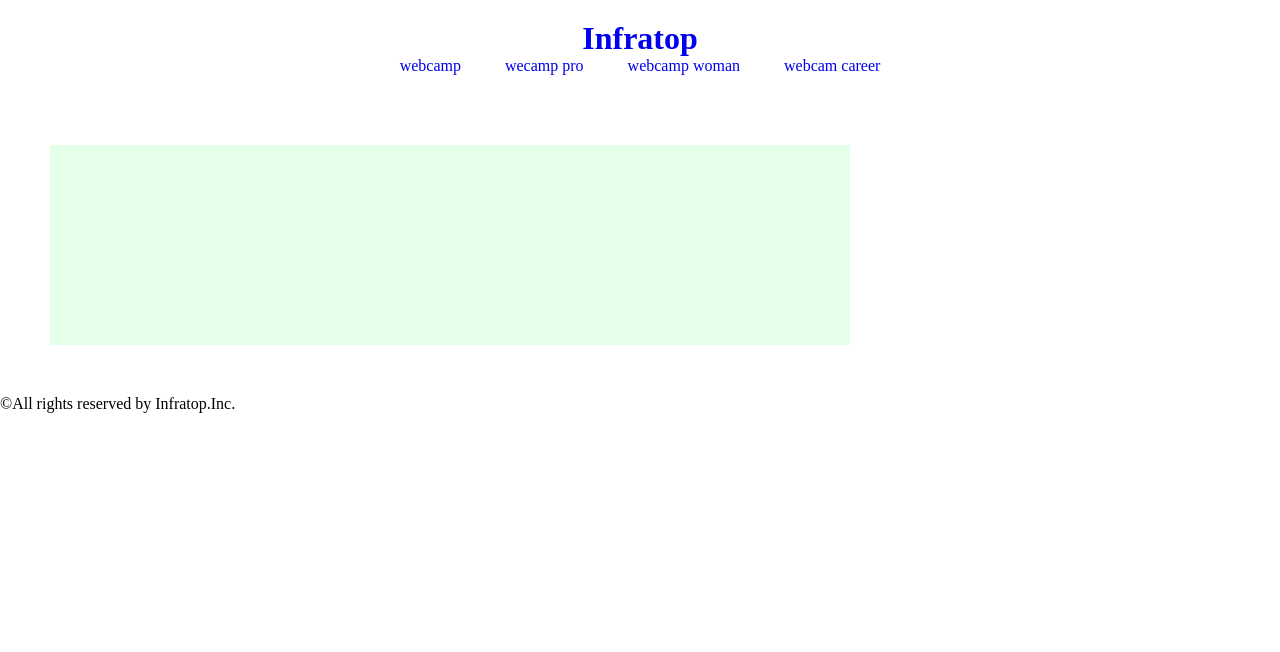
Repository: ego-boosting/assightment_1
Page: infratop/index.html
The author's editor kept a record of every edit. The page is drawn from the files as they stood at one moment, then again after the next edit.
The browser window is 1280 px wide. The pictures show the whole page.

Above is the page before.

### infratop/index.html
<!DOCTYPE html>
<html lang="ja">
  <head>
    <meta charset="UTF-8" />
    <!-- CSSファイルの読み込み -->
    <link rel="stylesheet" href="style.css" />
    <title>Infratop</title>
  </head>

<body>
  <header>
    <h1 class="heading">
      <a href="index.html">Infratop</a>
    </h1>
    <nav>
      <ul calss="nav-list" >
        <li class="nav-list-item">
          <a href="index.html">webcamp</a>
          </li>

        <li class="nav-list-item">
          <a href="index.html">wecamp pro</a>
        </li>

        <li class="nav-list-item">
          <a href="index.html">webcamp woman</a>
        </li>

        <li class="nav-list-item">
          <a href="index.html">webcam career</a>
        </li>
      </ul>
    </nav>
  </header>

  <div class="main">
    <div class="box1"></div>
    <div class="box2"></div>
    <div class="box3"></div>
    <div class="box4"></div>
    <div class="box5"></div>
    <div class="box6"></div>
    <div class="box7"></div>
    <div class="box8"></div>
    <div class="box9"></div>
    <div class="box10"></div>
    <div class="box11"></div>
    <div class="box12"></div>
  </div>

  <footer>
    <p class="footer-list">©All rights reserved by Infratop.Inc.</p>
  </footer>




</body>
</html>

### infratop/style.css
*{
  margin: 0;
  padding: 0;
  box-sizing:border-box;
}

a{
  text-decoration: none;
}

header{
  width: 100%;
  padding: 20px;
  margin: auto;
  text-align: center;
}

.heading{
  font-size: 32px;
}


.nav-list{
  /*下記*/
  text-align: center;
  padding: 15px 0;
  margin: 0 auto;
  border-bottom: 1px solid #848282;
  border-top: 1px solid #848282;
}

.nav-list-item{
  list-style: none;
  display: inline-block;
  margin: 0 20px;
}

.main{
  width: 800px;
  margin: 50px;
  display: flex;
  flex-wrap: wrap;
}

.box{
  width: 200px;
  height: 200px;
  background-color: #e6ffe9;
}

.box{
  width: 200px;
  height: 200px;
  background-color: #e6ffe9;
}

.box{
  width: 200px;
  height: 200px;
  background-color: #e6ffe9;
}

.box{
  width: 200px;
  height: 200px;
  background-color: #e6ffe9;
}

.box{
  width: 200px;
  height: 200px;
  background-color: #e6ffe9;
}

.box{
  width: 200px;
  height: 200px;
  background-color: #e6ffe9;
}

.box{
  width: 200px;
  height: 200px;
  background-color: #e6ffe9;
}

.box{
  width: 200px;
  height: 200px;
  background-color: #e6ffe9;
}

.box{
  width: 200px;
  height: 200px;
  background-color: #e6ffe9;
}

.box9{
  width: 200px;
  height: 200px;
  background-color: #e6ffe9;
}

.box10{
  width: 200px;
  height: 200px;
  background-color: #e6ffe9;
}

.box11{
  width: 200px;
  height: 200px;
  background-color: #e6ffe9;
}

.box12{
  width: 200px;
  height: 200px;
  background-color: #e6ffe9;
}

After the next edit:
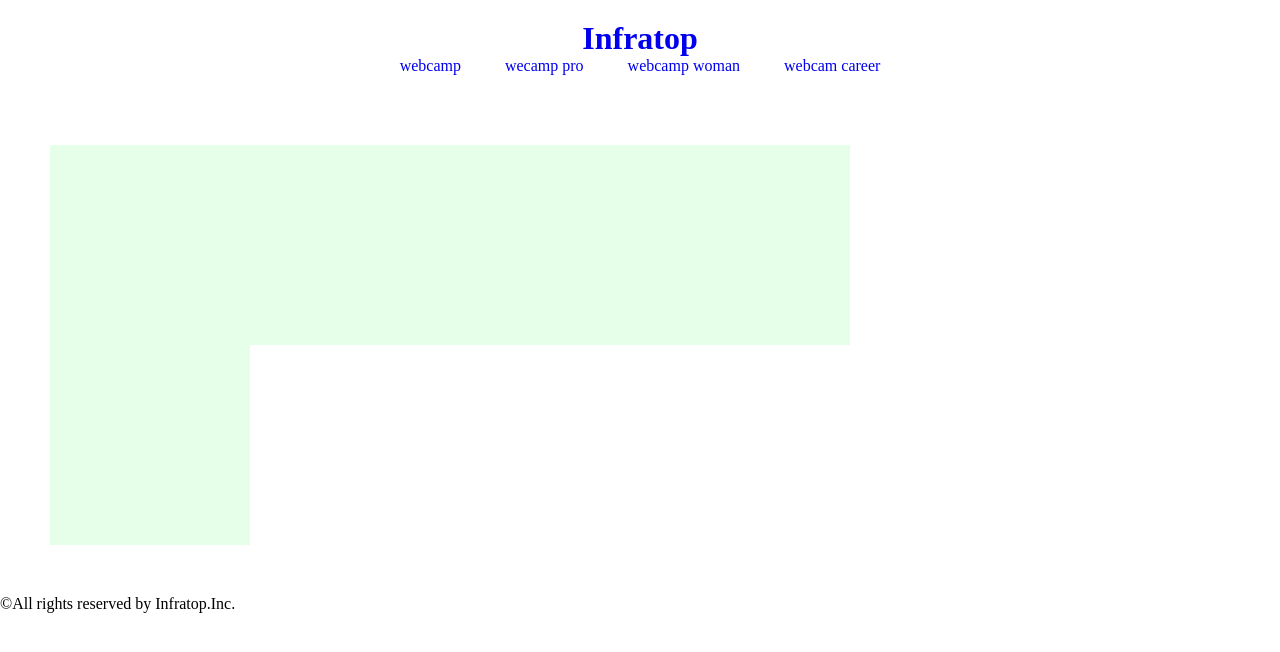
The edit:
--- a/infratop/style.css
+++ b/infratop/style.css
@@ -90,7 +90,7 @@
   background-color: #e6ffe9;
 }
 
-.box{
+.box8{
   width: 200px;
   height: 200px;
   background-color: #e6ffe9;
